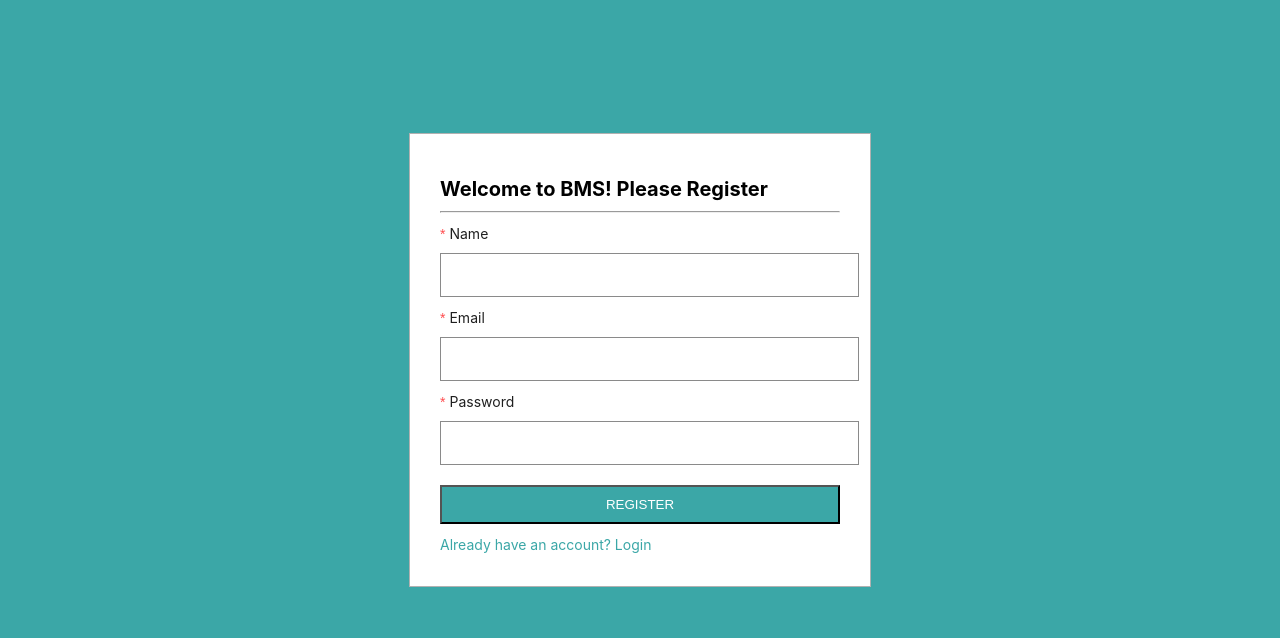
Repository: Gokulabala/BookMyShow
Page: /register (app in client/)
An editor plug-in stored every save of this project. The page is shown before and after the next save, followed by the edit.
The browser window is 1280 px wide. The pictures show the whole page.
Some web libraries are served in a nearby version. The project was rebuilt for these pictures with package versions that can differ from the ones it lists, and the page was loaded fresh each time. Also part of the build but not shown: client/src/pages/Home/index.js, client/src/pages/Login/index.js, client/src/components/ProtectedRoute.js.

Above is the page before, as saved 2025-07-09 17:09:56.

After the next save:
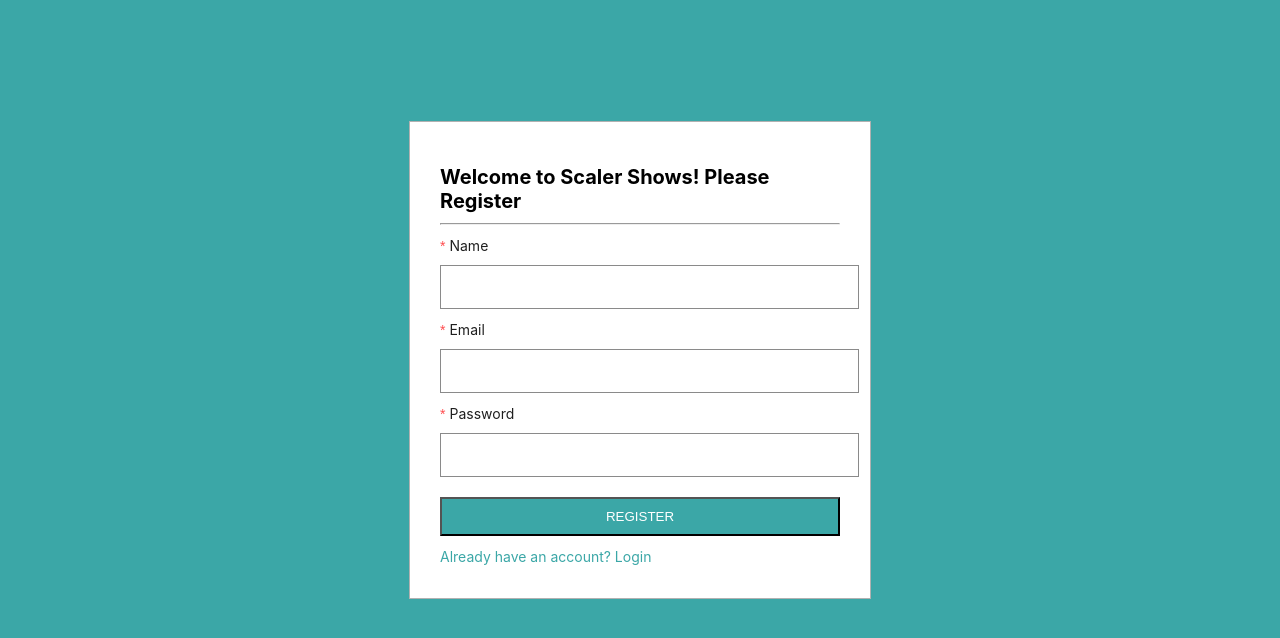
Saved 16 s later.
--- a/client/src/pages/Register/index.js
+++ b/client/src/pages/Register/index.js
@@ -1,6 +1,6 @@
-import React from 'react'
+import React , {useEffect} from 'react'
 import Button from "../../components/Button"
-import {Link} from 'react-router-dom'
+import {Link , useNavigate} from 'react-router-dom'
 
 import { Form, message } from 'antd'
 import { RegisterUser } from '../../apicalls/users'
@@ -9,6 +9,8 @@
 
 
 const Register = () => {
+
+  const navigate = useNavigate()
 
   const onFinish= async (values)=>{
    try {
@@ -26,10 +28,16 @@
        message.error(error)
    }
   }
+
+  useEffect(() => {
+    if (localStorage.getItem("token")) {
+      navigate("/");
+    }
+  }, []);
     return (
         <div className="flex justify-center h-screen items-center bg-primary">
         <div className="card p-3 w-400">
-          <h1 className="text-xl mb-1">Welcome to BMS! Please Register </h1>
+          <h1 className="text-xl mb-1">Welcome to Scaler Shows! Please Register </h1>
           <hr />
           <Form layout="vertical" className="mt-1" onFinish={onFinish}>
             <Form.Item
